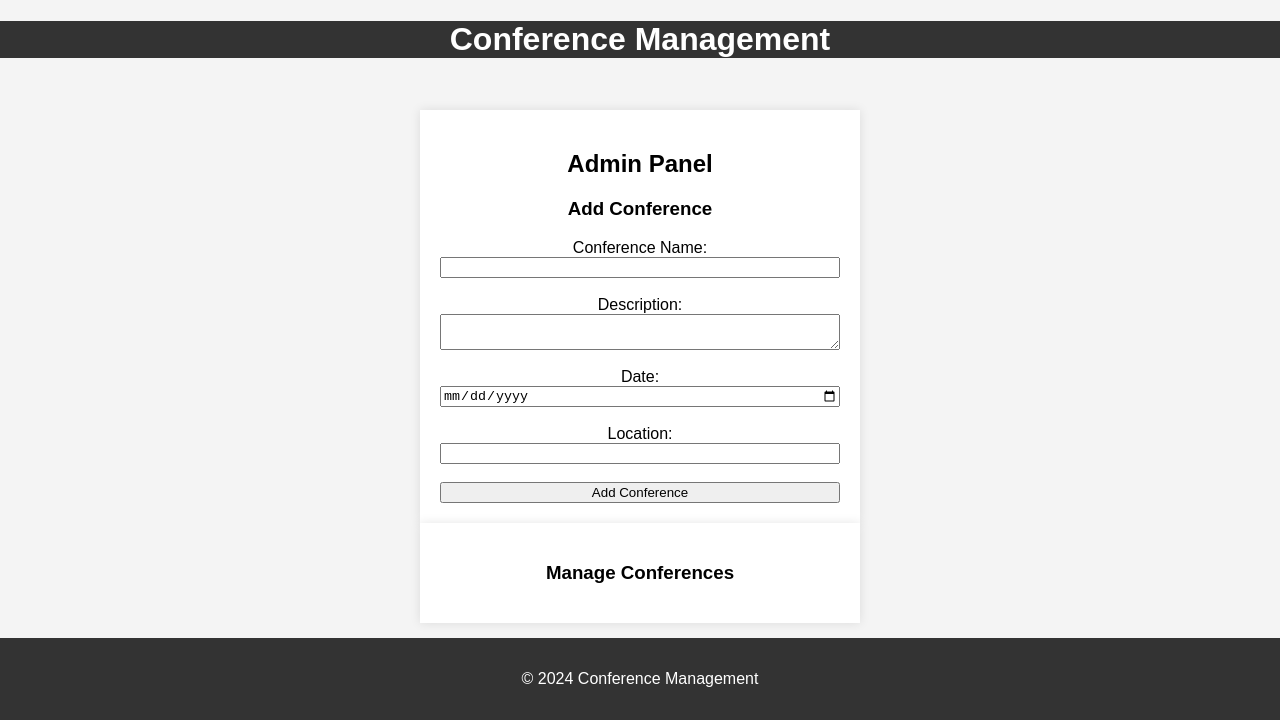
Repository: AMIT1439027/conferenceapp
Page: http://localhost/admin/admin.php
An editor plug-in stored every save of this project. The page is shown before and after a run of saves, followed by the edit.
The browser window is 1280 px wide. The pictures show the whole page.
The page is run by PHP 8.4 with error messages shown; the project is at /var/www/html/. Queries for data that is not in the repository find no rows.

Above is the page before, as saved 2024-05-29 14:27:47.

### admin/admin.php
<?php
include 'db_connect.php';

// Handle new conference addition
if ($_SERVER["REQUEST_METHOD"] == "POST" && isset($_POST['add_conference'])) {
    $name = $_POST['name'];
    $description = $_POST['description'];
    $date = $_POST['date'];
    $location = $_POST['location'];

    $stmt = $pdo->prepare("INSERT INTO conferences (name, description, date, location) VALUES (?, ?, ?, ?)");
    $stmt->execute([$name, $description, $date, $location]);

    echo "Conference added successfully!";
}

// Handle conference updates
if ($_SERVER["REQUEST_METHOD"] == "POST" && isset($_POST['update_conference'])) {
    $id = $_POST['id'];
    $name = $_POST['name'];
    $description = $_POST['description'];
    $date = $_POST['date'];
    $location = $_POST['location'];

    $stmt = $pdo->prepare("UPDATE conferences SET name = ?, description = ?, date = ?, location = ? WHERE id = ?");
    $stmt->execute([$name, $description, $date, $location, $id]);

    echo "Conference updated successfully!";
}

// Fetch all conferences
$stmt = $pdo->query("SELECT * FROM conferences");
$conferences = $stmt->fetchAll();

// Fetch all registrations
$stmt_registrations = $pdo->query("
    SELECT r.id, u.username, c.name AS conference_name, r.feedback
    FROM registrations r
    JOIN users u ON r.user_id = u.id
    JOIN conferences c ON r.conference_id = c.id
");
$registrations = $stmt_registrations->fetchAll();
?>

<!DOCTYPE html>
<html lang="en">
<head>
    <meta charset="UTF-8">
    <meta name="viewport" content="width=device-width, initial-scale=1.0">
    <title>Admin</title>
    <link rel="stylesheet" href="styles.css">
</head>
<body>
    <header>
        <h1>Conference Management</h1>
        <!-- <nav>
            <a href="index.html">Home</a>
            <a href="schedule.html">Schedule</a>
            <a href="register.html">Register</a>
            <a href="feedback.html">Feedback</a>
            <a href="admin.php">Admin</a>
        </nav> -->
    </header>
    <main>
    <div class="form-container">
        <h2>Admin Panel</h2>

        <!-- Add Conference Form -->
        <h3>Add Conference</h3>
        <form action="admin.php" method="POST">
            <input type="hidden" name="add_conference" value="1">
            <label for="name">Conference Name:</label>
            <input type="text" id="name" name="name" required>
            <br>
            <label for="description">Description:</label>
            <textarea id="description" name="description" required></textarea>
            <br>
            <label for="date">Date:</label>
            <input type="date" id="date" name="date" required>
            <br>
            <label for="location">Location:</label>
            <input type="text" id="location" name="location" required>
            <br>
            <input type="submit" value="Add Conference">
        </form>
</div>
        <!-- List of Conferences -->

        <div class="form-container">
        <h3>Manage Conferences</h3>
        <ul>
            <?php foreach ($conferences as $conference): ?>

                    <form action="admin.php" method="POST" style="display:inline;">
                        <input type="hidden" name="update_conference" value="1">
                        <input type="hidden" name="id" value="<?= $conference['id'] ?>">
                        <input type="text" name="name" value="<?= htmlspecialchars($conference['name']) ?>" required>
                        <input type="text" name="description" value="<?= htmlspecialchars($conference['description']) ?>" required>
                        <input type="date" name="date" value="<?= htmlspecialchars($conference['date']) ?>" required>
                        <input type="text" name="location" value="<?= htmlspecialchars($conference['location']) ?>" required>
                        <input type="submit" value="Update">
                    </form>
                    <form action="delete_conference.php" method="POST" style="display:inline;">
                        <input type="hidden" name="id" value="<?= $conference['id'] ?>">
                        <input type="submit" value="Delete">
                    </form>

            <?php endforeach; ?>
        </ul>
        </div>
        <!-- List of Registrations -->

        <h3>Registrations</h3>
        <ul>
            <?php foreach ($registrations as $registration): ?>
                <li>
                    User: <?= htmlspecialchars($registration['username']) ?> |
                    Conference: <?= htmlspecialchars($registration['conference_name']) ?> |
                    Feedback: <?= htmlspecialchars($registration['feedback']) ?>
                </li>
            <?php endforeach; ?>
        </ul>
    </main>
    <footer>
        <p>&copy; 2024 Conference Management</p>
    </footer>
</body>
</html>

### admin/db_connect.php
<?php
$servername = "localhost";
$username = "root";
$password = "mysql143";
$dbname = "conference_db";

// Create connection
// $conn = new mysqli($servername, $username, $password, $dbname);

// // Check connection
// if ($conn->connect_error) {
//     die("Connection failed: " . $conn->connect_error);
// }
try{
    $pdo = new PDO("mysql:host=$servername;dbname=$dbname", $username, $password );
   $pdo->setAttribute(PDO::ATTR_ERRMODE, PDO::ERRMODE_EXCEPTION);
}
catch(PDOException $e){
   die("connection Failed");
}


?>

### admin/styles.css

body {
    font-family: Arial, sans-serif;
    background-color: #f4f4f4;
    margin: 0;
    padding: 0;
}
header{
    background-color: #333333;
    color: #fff;
    padding: 1 em 0;
    text-align: center;

}

nav a{
    color: #fff;
    margin: 0 1rem;
    text-decoration: none;
}

main{
    padding: 2em;
    text-align: center;
}

footer{
    background-color: #333;
    color:#fff;
    padding: 1em 0;
    text-align: center;
    position: fixed;
    bottom: 0;
    width: 100%;
}



.container {
    width: 80%;
    margin: 0 auto;
    padding: 20px;
    background-color: #fff;
    box-shadow: 0 0 10px rgba(0, 0, 0, 0.1);
}

h1 {
    text-align: center;
    margin-bottom: 20px;
}

.table {
    width: 100%;
    margin-bottom: 20px;
    border-collapse: collapse;
}

.table th, .table td {
    border: 1px solid #ddd;
    padding: 8px;
}

.table th {
    background-color: #f2f2f2;
    text-align: left;
}

.food-item {
    border: 1px solid #ddd;
    padding: 10px;
    margin-bottom: 20px;
    text-align: center;
}

.food-item img {
    max-width: 100%;
    height: auto;
}

.form-group {
    margin-bottom: 15px;
}

.form-group label {
    display: block;
    margin-bottom: 5px;
}

.form-group input, .form-group textarea, .form-group select {
    width: 100%;
    padding: 8px;
    box-sizing: border-box;
}

.btn {
    display: inline-block;
    padding: 10px 15px;
    color: #fff;
    background-color: #007BFF;
    text-decoration: none;
    border-radius: 4px;
    margin-right: 10px;
    transition: background-color 0.3s;
}

.btn:hover {
    background-color: #0056b3;
}

.form-container {
    max-width: 400px;
    margin: 0 auto;
    padding: 20px;
    background-color: #fff;
    box-shadow: 0 0 10px rgba(0, 0, 0, 0.1);
}

form {
    display: flex;
    flex-direction: column;
}

button {
    padding: 10px 15px;
    color: #fff;
    background-color: #007BFF;
    border: none;
    cursor: pointer;
    border-radius: 4px;
    transition: background-color 0.3s;
}

button:hover {
    background-color: #0056b3;
}

input[type="number"] {
    width: 50px;
}

After the next 2 saves:
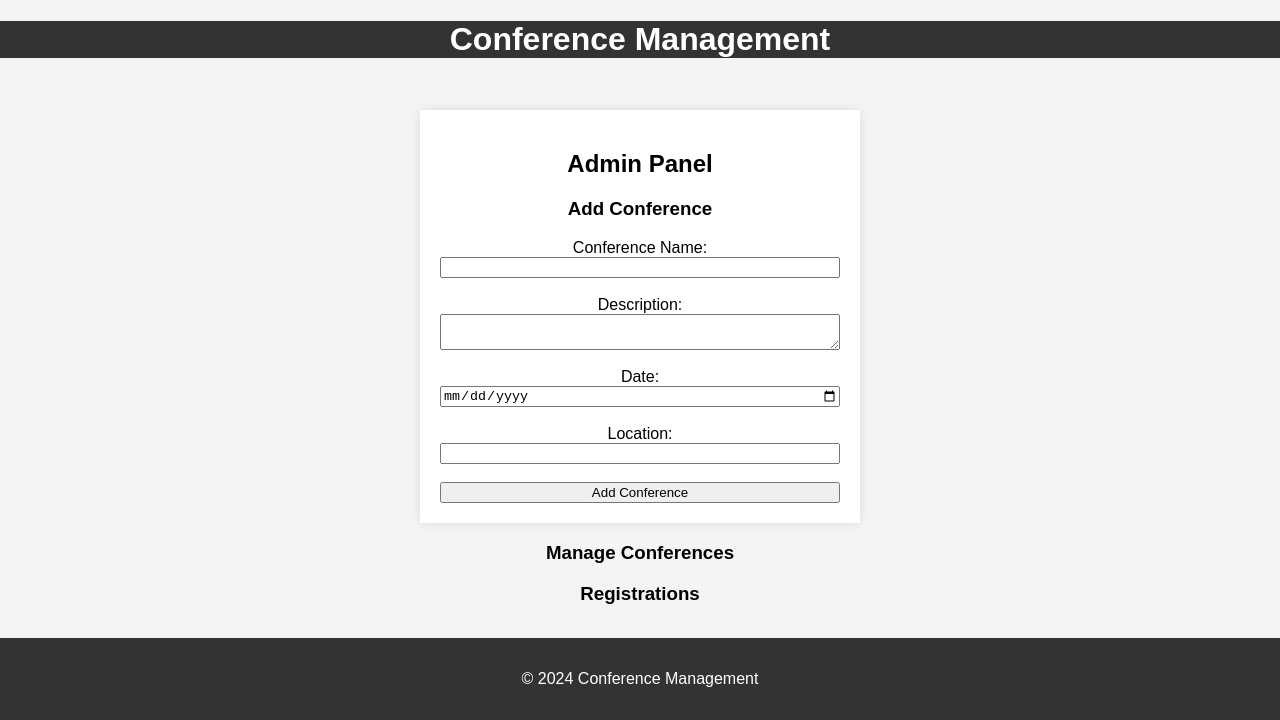
The 2 saves are shown as one change because they came seconds apart.
The last was saved 33 s later.
--- a/admin/admin.php
+++ b/admin/admin.php
@@ -86,7 +86,7 @@
 </div>
         <!-- List of Conferences -->
 
-        <div class="form-container">
+
         <h3>Manage Conferences</h3>
         <ul>
             <?php foreach ($conferences as $conference): ?>
@@ -107,7 +107,7 @@
 
             <?php endforeach; ?>
         </ul>
-        </div>
+
         <!-- List of Registrations -->
 
         <h3>Registrations</h3>

After the save that followed:
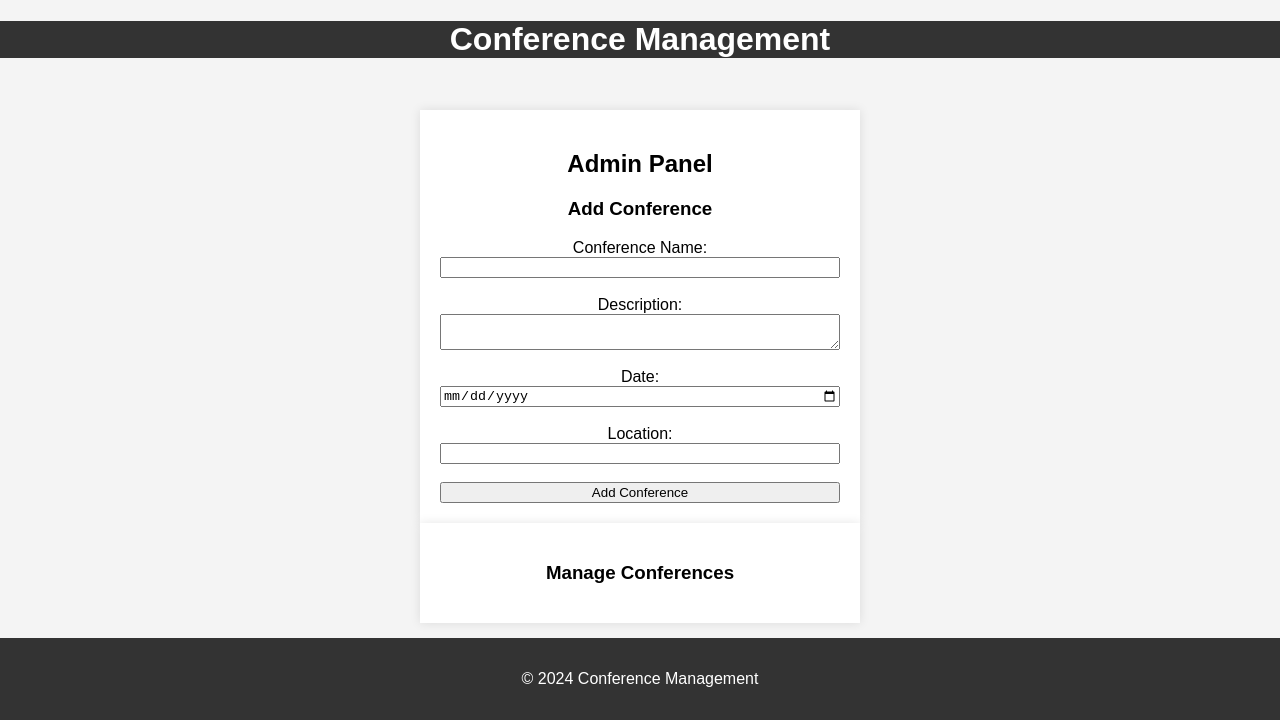
Saved 32 s later.
--- a/admin/admin.php
+++ b/admin/admin.php
@@ -86,7 +86,7 @@
 </div>
         <!-- List of Conferences -->
 
-
+        <div class="form-container">
         <h3>Manage Conferences</h3>
         <ul>
             <?php foreach ($conferences as $conference): ?>
@@ -107,7 +107,7 @@
 
             <?php endforeach; ?>
         </ul>
-
+        </div>
         <!-- List of Registrations -->
 
         <h3>Registrations</h3>
